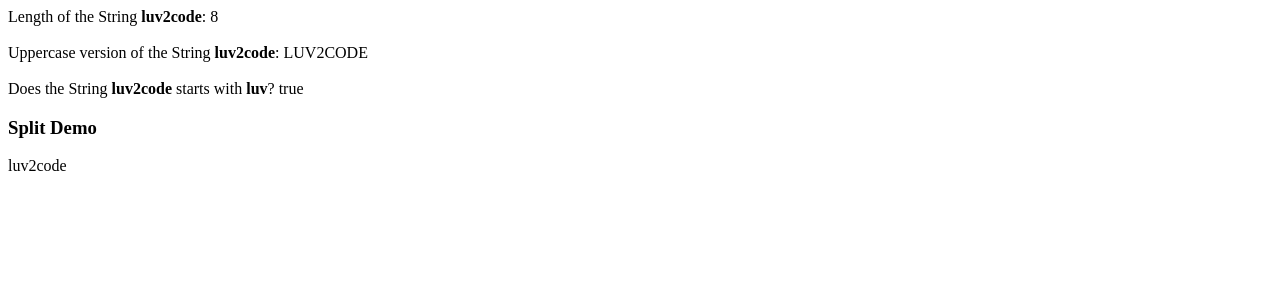
Repository: linhphan98/JavaDatabase
Page: http://localhost/JSTLtagDemo/function-test.jsp
These files come from the project's save history. The page is drawn as it stood at one moment and after the next save; the edit follows.
The browser window is 1280 px wide. The pictures show the whole page.
The page is served by Tomcat 9. Other server files are loaded and not shown.

Above is the page before, as saved 2020-01-14 19:29:08.

### JSTLtagDemo/WebContent/function-test.jsp
<%@ taglib uri="http://java.sun.com/jsp/jstl/functions" prefix = "fn" %>
<%@ taglib uri="http://java.sun.com/jsp/jstl/core" prefix = "c" %>

<html>
	<body>
		<c:set var="data" value="luv2code"/>
		Length of the String <b>${data}</b>: ${fn:length(data)}
		<br/><br/>

		Uppercase version of the String <b>${data}</b>: ${fn:toUpperCase(data)}
		<br/><br/>

		Does the String <b>${data}</b> starts with <b>luv</b>? ${fn:startsWith(data,"luv")}

		<c:set var="cities" value="Singapore, Tokyo, Mumbai, London" />

		<h3>Split Demo</h3>

		<c:set var="citiesArray" value="${fn:split(data,',')}"/>
		<c:forEach var="tempCity" items="${citiesArray}">
			${tempCity}<br/>
		</c:forEach>

	</body>
</html>

After the next save:
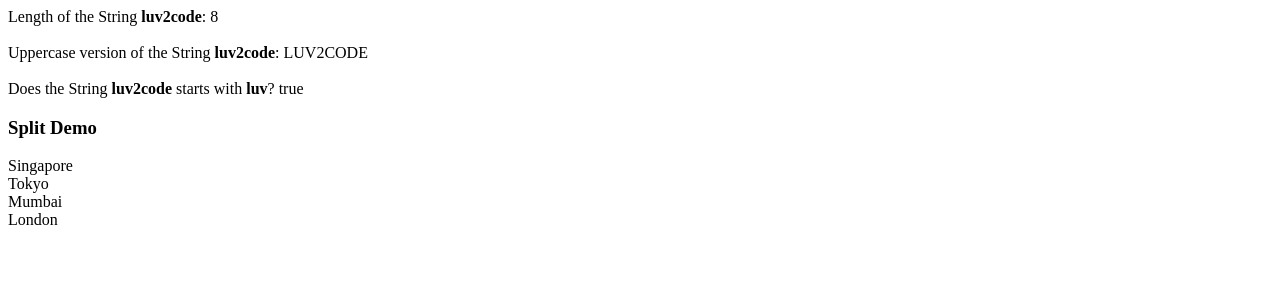
Saved 76 s later.
--- a/JSTLtagDemo/WebContent/function-test.jsp
+++ b/JSTLtagDemo/WebContent/function-test.jsp
@@ -16,7 +16,7 @@
 
 		<h3>Split Demo</h3>
 
-		<c:set var="citiesArray" value="${fn:split(data,',')}"/>
+		<c:set var="citiesArray" value="${fn:split(cities,',')}"/>
 		<c:forEach var="tempCity" items="${citiesArray}">
 			${tempCity}<br/>
 		</c:forEach>
